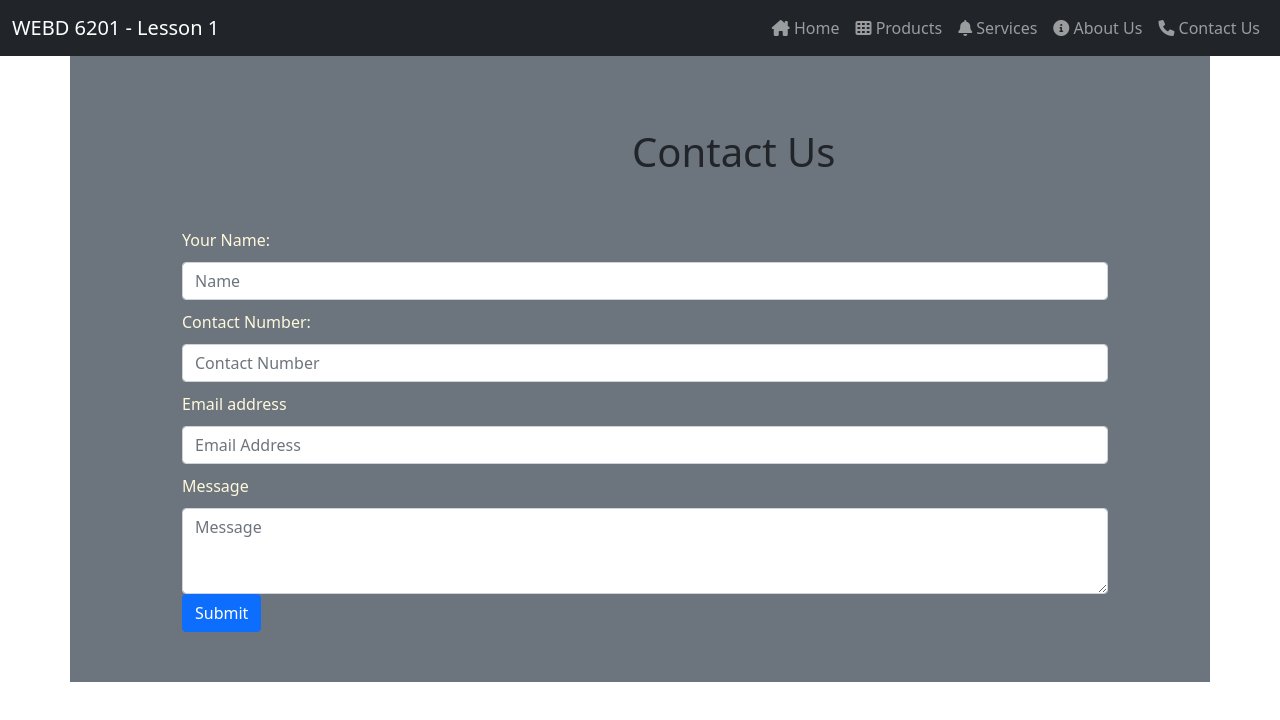
Repository: devanshudave1901/DevanshuDave_AngaranYogeswaranLab2
Page: contact.html
An editor plug-in stored every save of this project. The page is shown before and after the next save, followed by the edit.
The browser window is 1280 px wide. The pictures show the whole page.

Above is the page before, as saved 2022-02-10 12:31:28.

### contact.html
<!DOCTYPE html>
<html lang="en">
  <head>
    <meta charset="UTF-8" />
    <meta http-equiv="X-UA-Compatible" content="IE=edge" />
    <meta name="viewport" content="width=device-width, initial-scale=1.0" />
    <title>Contact Us</title>
    <link
      rel="stylesheet"
      href="./node_modules/bootstrap/dist/css/bootstrap.min.css"
    />
    <link
      rel="stylesheet"
      href="./node_modules/@fortawesome/fontawesome-free/css/all.min.css"
    />
    <link rel="stylesheet" href="./Content/app.css" />
  </head>
  <body>
    <nav class="navbar navbar-expand-lg navbar-dark bg-dark">
      <div class="container-fluid">
        <a class="navbar-brand" href="#">WEBD 6201 - Lesson 1</a>
        <button
          class="navbar-toggler"
          type="button"
          data-bs-toggle="collapse"
          data-bs-target="#navbarSupportedContent"
          aria-controls="navbarSupportedContent"
          aria-expanded="false"
          aria-label="Toggle navigation"
        >
          <span class="navbar-toggler-icon"></span>
        </button>
        <div class="collapse navbar-collapse" id="navbarSupportedContent">
          <ul class="navbar-nav ms-auto">
            <li class="nav-item active">
              <a class="nav-link" aria-current="page" href="./index.html"
                ><i class="fa-solid fa-house-chimney"></i> Home</a
              >
            </li>

            <li class="nav-item">
              <a class="nav-link" href="./products.html"
                ><i class="fa-solid fa-th"></i> Products</a
              >
            </li>
            <li class="nav-item">
              <a class="nav-link" href="./services.html"
                ><i class="fa-solid fa-bell"></i> Services</a
              >
            </li>
            <li class="nav-item">
              <a class="nav-link" href="./about.html">
                <i class="fa-solid fa-circle-info"></i> About Us</a
              >
            </li>
            <li class="nav-item">
              <a class="nav-link" href="./contact.html">
                <i class="fa-solid fa-phone"></i> Contact Us</a
              >
            </li>
          </ul>
        </div>
      </div>
    </nav>
    <div class="jumbotron bg-secondary container" id="contentArea">
      <br />
      <br />
      <br />
      <h1 id="contactId">Contact Us</h1>
      <br />

      <form id="Contactform">
        <div class="form-group">
          <label for="InputName">Your Name: </label>
          <input
            type="text"
            class="form-control"
            id="InputName"
            placeholder="Name"
          />
        </div>
        <div class="form-group">
          <label for="InputNumber">Contact Number: </label>
          <input
            type="number"
            class="form-control"
            id="InputNumber"
            placeholder="Contact Number"
          />
        </div>
        <div class="form-group">
          <label for="InputEmail1"> Email address</label>
          <input
            type="email"
            class="form-control"
            id="exampleInputEmail1"
            placeholder="Email Address"
          />
        </div>

        <div class="form-group">
          <label for="InputMessage">Message</label>
          <textarea
            class="form-control"
            id="InputMessage"
            placeholder="Message"
            rows="3"
          ></textarea>
        </div>

        <button type="submit" class="btn btn-primary">Submit</button>
      </form>
    </div>
    <!-- 3RD Party Library-->
    <script src="./node_modules/jquery/dist/jquery.min.js"></script>
    <script src="./node_modules/bootstrap/dist/js/bootstrap.min.js"></script>
  </body>
</html>

### Content/app.css
#Contactform {
  padding: 10px 90px 50px 100px;
}
#Contactform label {
  color: cornsilk;
  padding-bottom: 10px;
  padding-top: 10px;
}

.formInputBox {
  padding-left: 60px;
  margin: 8px 0;
  border: dashed;
  box-sizing: border-box;
}

#contactId {
  padding-left: 550px;
}

Loaded but not shown: node_modules/bootstrap/dist/css/bootstrap.min.css (library); node_modules/@fortawesome/fontawesome-free/css/all.min.css (library); node_modules/jquery/dist/jquery.min.js (library); node_modules/bootstrap/dist/js/bootstrap.min.js (library)

After the next save:
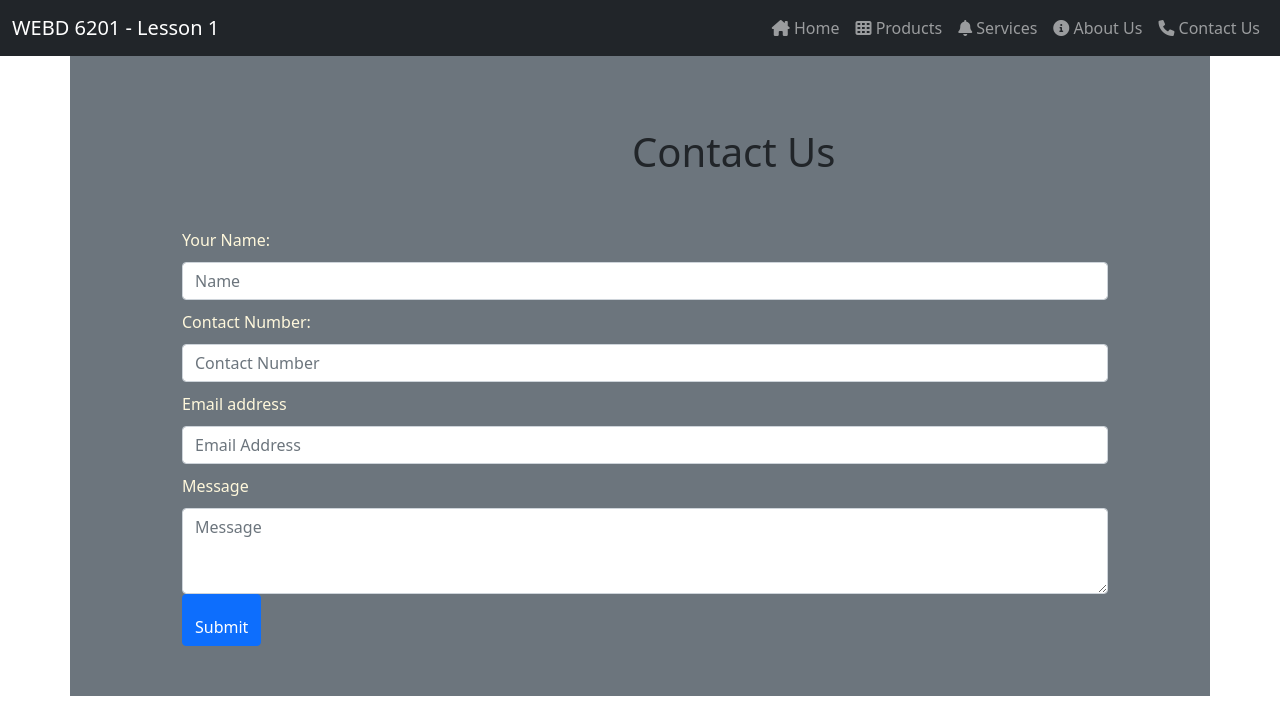
Saved 27 s later.
--- a/Content/app.css
+++ b/Content/app.css
@@ -7,6 +7,9 @@
   padding-top: 10px;
 }
 
+#Contactform button {
+  padding-top: 20px;
+}
 .formInputBox {
   padding-left: 60px;
   margin: 8px 0;
